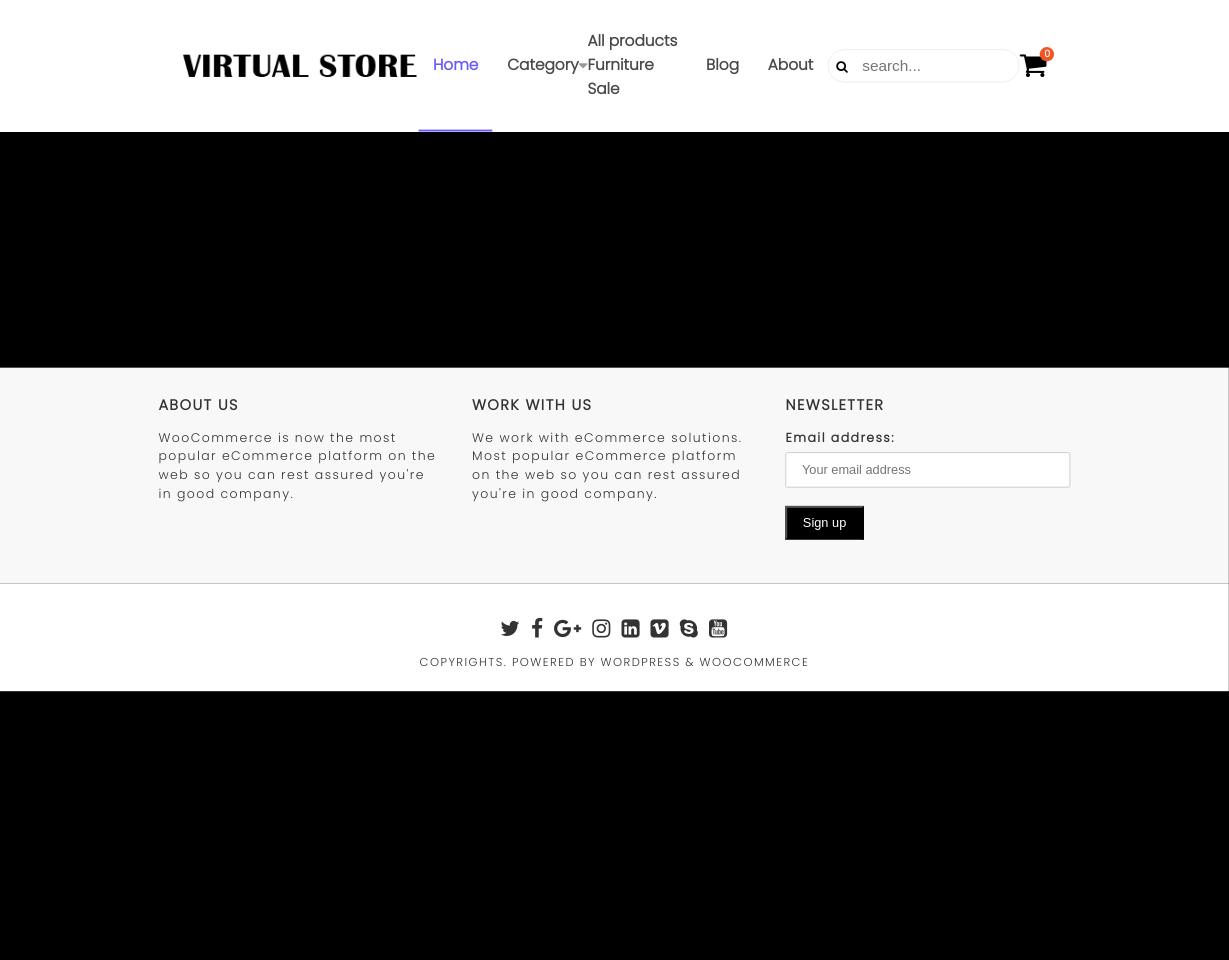
Repository: dungle03/tke_web_nhom_15
Page: index.html
These files come from the project's save history. The page is drawn as it stood at one moment and after the next save; the edit follows.
The browser window is 1280 px wide. The pictures show the whole page, at 96% of full size.

Above is the page before, as saved 2022-09-13 23:16:01.
Not found: resest.css

### index.html
<!DOCTYPE html>
<html lang="en">
<head>
    <meta charset="UTF-8">
    <meta http-equiv="X-UA-Compatible" content="IE=edge">
    <meta name="viewport" content="width=device-width, initial-scale=1.0">
    <title>Home</title>
    <link
    rel="stylesheet"
    href="https://cdnjs.cloudflare.com/ajax/libs/font-awesome/4.7.0/css/font-awesome.min.css"
    integrity="sha512-SfTiTlX6kk+qitfevl/7LibUOeJWlt9rbyDn92a1DqWOw9vWG2MFoays0sgObmWazO5BQPiFucnnEAjpAB+/Sw=="
    crossorigin="anonymous"
  />
  <link href="https://fonts.googleapis.com/css2?family=Poppins:wght@300&display=swap" rel="stylesheet">
    <link rel="stylesheet" href="./resest.css">
    <link rel="stylesheet" href="./CSS/header.css">
    <link rel="stylesheet"  href="./CSS/footer.css">
</head>
<body>
    <div class="main-header">
        <div class="header" id="head">
            <div class="logo">
                <a href="#head">
                    <img src="./IMG/IMG_LOGO/logo.png" alt="img">
                </a>
            </div>
            <ul class="navi">
                <li class="item active"><a href="#" class="home">Home</a>
                </li>
                <li class="item category-more"><a href="#" class="category">Category</a>
                    <i class="fa fa-caret-down dropdow_caret"></i>
                    <div class="dropdow">
                        <ul class="dropdow-list">
                            <li class="dropdow-item"><a href="#">All products</a></li>
                            <li class="dropdow-item"><a href="#">Furniture</a></li>
                            <li class="dropdow-item"><a href="#">Sale</a></li>
                        </ul>
                    </div>
                </li>
                <li class="item"><a href="#" class="blog">Blog</a>
                </li>
                <li class="item"><a href="#" class="about">About</a>
                </li>
            </ul>
            <div class="wrap-search">
                <i class="fa fa-search icon-search"></i>
                <input type="text" class="input-search" placeholder="search...">
            </div>
            <div class="wrap-incon-cart">
                <i class="fa fa-shopping-cart icon-cart"></i>
            </div>
        </div>
    </div>
    <!-- /////////////////////////////////////// -->
        <div class="footer">
            <div class="main-foot">
                <div class="container">
                    <div class="foot-col">
                        <h3 class="footer-title">ABOUT US</h3>
                        <div class="textwidget">WooCommerce is now the most popular eCommerce platform on the web so you can rest assured you're in good company.</div>
                    </div>
                    <div class="foot-col">
                        <h3 class="footer-title">WORK WITH US</h3>
                        <div class="textwidget">We work with eCommerce solutions. Most popular eCommerce platform on the web so you can rest assured you're in good company.</div>
                    </div>
                    <div class="foot-col">
                        <h3 class="footer-title">NEWSLETTER</h3>
                        <form class="newsletter">
                            <p>
                                <label for="EMAIL" class="label-email">Email address:</label>
                                <input type="email" class="input-email" name="EMAIL" placeholder="Your email address" required="">
                            </p>
                            <p>
                                <input type="submit" class="btn-submit" value="Sign up">
                            </p>
                        </form>
                    </div>
                </div>
            </div>
            <div class="bottom-foot">
                <div class="container">
                    <div class="foot-socials">
                        <ul>
                            <li><a href=""></a><i class="fa fa-twitter"></i></li>
                            <li><a href=""></a><i class="fa fa-facebook"></i></li>
                            <li><a href=""></a><i class="fa fa-google-plus"></i></li>
                            <li><a href=""></a><i class="fa fa-instagram"></i></li>
                            <li><a href=""></a><i class="fa fa-linkedin-square"></i></li>
                            <li><a href=""></a><i class="fa fa-vimeo-square"></i></li>
                            <li><a href=""></a><i class="fa fa-skype"></i></li>
                            <li><a href=""></a><i class="fa fa-youtube-square"></i></li>
                        </ul>
                        <p class="credits">Copyrights. Powered by WordPress & WooCommerce</p>
                    </div>
                </div>
            </div>
        </div>
    </body>
    </html>

### CSS/header.css
html {
    font-family: "Poppins", sans-serif;
    box-sizing: border-box;
    font-size: 62.5%;

  }
  * {
    margin: 0;
    padding: 0;
  }
  *,
  *:before,
  *:after {
    box-sizing: border-box;
  }
  input,
  textarea,
  select,
  button {
    outline: none;
  }
  input {
    line-height: normal;
  }
  label,
  button {
    cursor: pointer;
  }
  a {
    text-decoration: none;
  }
  img {
    display: block;
    max-width: 100%;
  }
  body{
    height: 1000px;
    background-color: black;
  }
/* /////////// HEADER  /////////// */
.main-header{
  width: 100%;
  position: fixed;
  top: 0;
  left: 0;
  background-color: white;
  z-index: 100;
}
.header{
    width: 100%;
    padding:0 190px ;
    display: flex;
    align-items: center;
    justify-content: space-between;
}
  .logo{

}
.navi{
    display: flex;
    width: max-content;
}
.navi a{
  color: #4a4a4a;;

}
.navi .item{
  list-style-type: none;
    /* width: max-content; */
    white-space: nowrap;
    padding:  30px 15px;
    cursor: pointer;
    color: #999;
    font-weight: 600;
    flex: 1;
    display: flex;
    align-items: center;
    justify-content: center;
    border-radius: inherit;
    border-bottom: 2px solid white;
}

.wrap-search{
  position: relative;
}
.icon-search{
  position: absolute;
  top: 50%;
  left: 15px;
  transform: translate(-50%,-50%);
  font-size: 13px;
}
.input-search{
  width: 200px;
  height: 35px;
  padding-left: 35px;
  border-radius: 20px;
  border: 1px solid #eee;
  font-size: 16px;
}
.wrap-incon-cart{
  width: max-content;
  position: relative;
}
.icon-cart{
  font-size: 30px;
}
.wrap-incon-cart::before{
  content: "0";
  display: flex;
  justify-content: center;
  align-items: center;
  position: absolute;
  font-weight:600 ;
  color: white;
  font-size: 10px;
  width: 15px;
  height: 15px;
  border-radius: 15px;
  background-color: #f05724;
  z-index: 100;
  top: -10%;
  right: -30%;
}
.navi .item.active a{
  color: #6a5af9;
}

.navi .item:not(:nth-child(2)):hover{
    color: #6a5af9;
  border-bottom-color: currentColor;
}

.navi .item.active{
  border-bottom-color: #6a5af9;
}

.category-more{
  position: relative;
}

.subnavy{
  position: absolute;
  top: 110%;
}

/* FORTER */
.footer{
  position: absolute  ;
  bottom: 0px;
}
.main-foot{
  background-color:
#f8f8f8;
background-position:
0px 0px;
color:#333333;
font-size:13px;
letter-spacing:1.5px;
line-height:19.6px;
padding:15px 0px 28px 0px;
}

.main-foot .container{
  display: flex;
  padding: 0 150px;
}

.main-foot .container .foot-col{
  display: inline-block;
  width: calc(100% / 3);
  padding:
0px 15px;
}


.main-foot .container .foot-col:first-child, .foot-col:nth-child(2){
  color:
#333333;
letter-spacing:
1.5px;
line-height:
19.6px;
padding:
0px 15px;
}
.footer-title{
  margin: 14px 0;
}

.newsletter{
  color:
#333333;
font-size:
13px;
letter-spacing:
1.5px;
line-height:
19.6px;
}
.label-email{
  font-weight: 700;
  margin-bottom: 6px;
  display: block;
}
.input-email{
  width: 100%;
  background-color:
#ffffff;
background-position:
0px 0px;
border-color:
#cccccc;
border-radius:
2px;
border-style:
solid;
border-width:
1px;
color:
#555555;
font-family:
Arial;
font-size:
13.3333px;
line-height:
19.0476px;
margin:
0px 0px 5px;
padding:
8px 16px;
}
.btn-submit{
  margin: 14px 0px 18px 0px;
  display: inline-block;
  padding: 8px 16px;
  background-color: black;
  color: white;
}

/* /////// */
.bottom-foot{
  background-color:
#ffffff;
background-position:
0px 0px;
color:
#333333;
font-size:
14px;
letter-spacing:
1.5px;
line-height:
19.6px;
padding:
20px 0px;
text-align:
center;
text-transform:
uppercase;
}
li{

  list-style-type: none;
}
.bottom-foot .container{
  margin: 0 auto;
    width: 1180px;
}
.foot-socials ul{
  display: flex;
  width: max-content;
  margin: 15px auto;
}
.foot-socials ul li {
  font-size: 22px;
  margin: 0 5px;
}
.credits{
  font-size: 12px;
}

### CSS/footer.css
html {
    font-family: "Poppins", sans-serif;
    box-sizing: border-box;
    font-size: 16px;

  }
  * {
    margin: 0;
    padding: 0;
  }
  *,
  *:before,
  *:after {
    box-sizing: border-box;
  }
  input,
  textarea,
  select,
  button {
    outline: none;
  }
  input {
    line-height: normal;
  }
  label,
  button {
    cursor: pointer;
  }
  a {
    text-decoration: none;
  }
  img {
    display: block;
    max-width: 100%;
  }

After the next save:
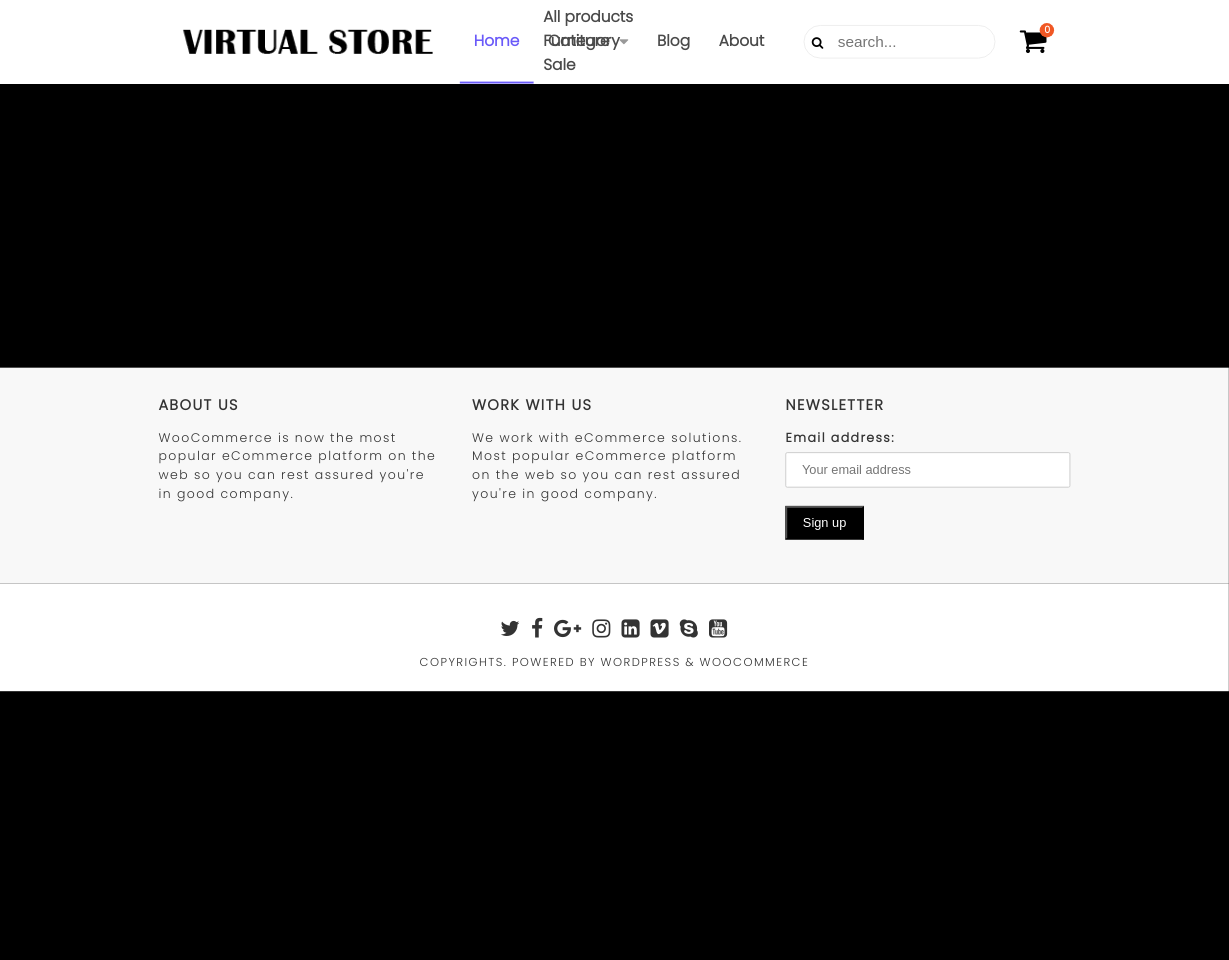
Saved 68 s later.
--- a/CSS/header.css
+++ b/CSS/header.css
@@ -139,9 +139,9 @@ html {
   position: relative;
 }
 
-.subnavy{
+.dropdow{
   position: absolute;
-  top: 110%;
+  /* top: 110%; */
 }
 
 /* FORTER */
